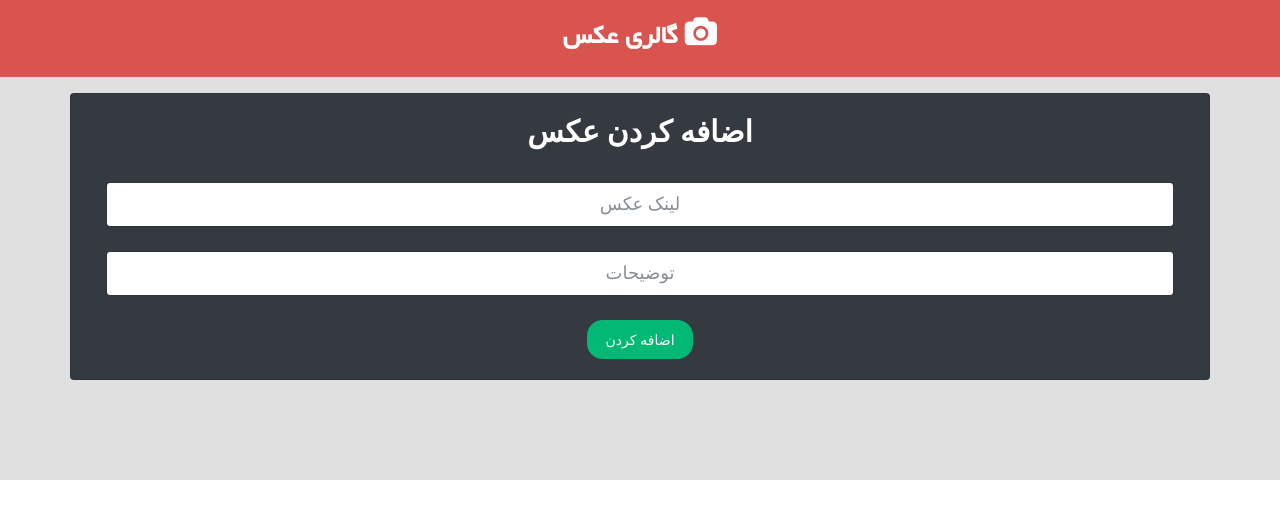
Repository: sadegh1379/PhotoWall-app
Page: /addphoto
These files come from the project's save history. The page is drawn as it stood at one moment and after a run of saves; the edit follows.
The browser window is 1280 px wide. The pictures show the whole page.
The project was rebuilt for these pictures with package versions that can differ from the ones it lists, and the page was loaded fresh each time. Also part of the build but not shown: src/Component/Photo.js, src/Component/PhotoWall.js.

Above is the page before, as saved 2020-02-22 13:26:00.

### public/index.html
<!DOCTYPE html>
<html lang="en">
  <head>
    <meta charset="utf-8" />
    <link rel="icon" href="%PUBLIC_URL%/favicon.ico" />
    <meta name="viewport" content="width=device-width, initial-scale=1" />
    <meta name="theme-color" content="#000000" />
    <link rel="stylesheet" href="https://stackpath.bootstrapcdn.com/font-awesome/4.7.0/css/font-awesome.min.css">
    <meta
      name="description"
      content="Web site created using create-react-app"
    />
    <link rel="apple-touch-icon" href="%PUBLIC_URL%/logo192.png" />
    <!--
      manifest.json provides metadata used when your web app is installed on a
      user's mobile device or desktop. See https://developers.google.com/web/fundamentals/web-app-manifest/
    -->
    <link rel="manifest" href="%PUBLIC_URL%/manifest.json" />
    <!--
      Notice the use of %PUBLIC_URL% in the tags above.
      It will be replaced with the URL of the `public` folder during the build.
      Only files inside the `public` folder can be referenced from the HTML.

      Unlike "/favicon.ico" or "favicon.ico", "%PUBLIC_URL%/favicon.ico" will
      work correctly both with client-side routing and a non-root public URL.
      Learn how to configure a non-root public URL by running `npm run build`.
    -->
    <title>React App</title>
  </head>
  <body>
    <noscript>You need to enable JavaScript to run this app.</noscript>
    <div id="root"></div>
    <!--
      This HTML file is a template.
      If you open it directly in the browser, you will see an empty page.

      You can add webfonts, meta tags, or analytics to this file.
      The build step will place the bundled scripts into the <body> tag.

      To begin the development, run `npm start` or `yarn start`.
      To create a production bundle, use `npm run build` or `yarn build`.
    -->
  </body>
</html>

### src/App.js
import React , { Component } from 'react';
import { BrowserRouter as Router , Route, Switch } from 'react-router-dom';
import Title from './Component/Title';
import PhotoWall from './Component/PhotoWall';
import './bootswatch.css';
import AddPhoto from './Component/AddPhoto';
import './App.css';

class App extends Component {

  constructor(){

      super()

      this.state = {
        posts : [
          {
            id : "0" ,
            description : "صادق اکبری" ,
            imageLink : "https://dkt6rvnu67rqj.cloudfront.net/cdn/ff/tpWy09V5tfN_Il2UBj8nPU4FZvPDpNBQSecbyXiqbuM/1574345660/public/styles/322x405/public/media/int_files/1008357.jpg?itok=c5qoLzeh"
          },
          {
           id : "1" ,
           description : "علی میرزایی" ,
           imageLink : "https://dkt6rvnu67rqj.cloudfront.net/cdn/ff/tpWy09V5tfN_Il2UBj8nPU4FZvPDpNBQSecbyXiqbuM/1574345660/public/styles/322x405/public/media/int_files/1008357.jpg?itok=c5qoLzeh"
         }
         ,{
           id : "5" ,
           description :" سارا ممبینی" ,
           imageLink :"https://thetyee.ca/Culture/2017/10/31/FawnLawn.jpg"

         },
         {
          id : "6" ,
          description : "صادق اکبری" ,
          imageLink : "https://dkt6rvnu67rqj.cloudfront.net/cdn/ff/tpWy09V5tfN_Il2UBj8nPU4FZvPDpNBQSecbyXiqbuM/1574345660/public/styles/322x405/public/media/int_files/1008357.jpg?itok=c5qoLzeh"
        },
        {
         id : "7" ,
         description : "علی میرزایی" ,
         imageLink : "https://www.iata.org/contentassets/d7c512eb9a704ba2a8056e3186a31921/cargo_live_animals_parrot.jpg?w=330&h=200&mode=crop&scale=both&v=20191213012337"
       }
       ,{
         id : "8" ,
         description :" سارا ممبینی" ,
         imageLink :"https://images.unsplash.com/photo-1497752531616-c3afd9760a11?ixlib=rb-1.2.1&w=1000&q=80"

       }
        ]

    }
  }

// Remove post
 onRemovePost = (removedPost) =>{

      this.setState((state)=>({
          posts : state.posts.filter(post => post !== removedPost)
      }))

  }

  render(){
      return (
        <div className="body">
              <Router>
                  <Title title="گالری عکس"/>
                  <Switch>

                      <Route exact path="/" render={()=>(
                              <div>
                                  <PhotoWall onRemovePost={this.onRemovePost} posts={this.state.posts}/>
                              </div>
                      )}/>

                        <Route exact path="/addphoto" component={AddPhoto}/>
                </Switch>
            </Router>
        </div>
      );
}
}

export default App;

### src/Component/Title.js
import React from 'react';
import PropTypes from 'prop-types';


function Title(props) {
    return (
            <p className=" bg-danger text-white py-3 p-title text-center">{props.title} <span className="fa fa-camera"></span></p>
    )
}

Title.propTypes = {
    title : PropTypes.string.isRequired
}

export default Title;

### src/Component/AddPhoto.js
import React, { Component } from 'react'

export class AddPhoto extends Component {
    render() {
        return (
            <div className="card card-body bg-dark container">
                <h3 className="text-white text-center">اضافه کردن عکس</h3>
                <form className="container add-form">
                    <input type="text" placeholder="لینک عکس" className="form-control my-4 text-center"/>
                    <input type="text" placeholder="توضیحات" className="form-control text-center" />
                      <div className="d-flex justify-content-center mt-4">
                            <button type="submit" className="btn btn-success ">اضافه کردن</button>
                      </div>

                </form>
            </div>
        )
    }
}

export default AddPhoto;

### src/App.css
.p-title{
    font-size: 30px;
    color:white ;
    font-weight: bolder;
    font-family: 'Byekan';
}

.body{
    font-family: 'Brekan';
    background-color: #E0E0E0;
    padding-bottom: 100px;
}

 .photo-grid{
    /* max-width: 1000px; */
    margin: 0 auto;
    display: flex;
    flex-wrap: wrap;
    justify-content: center;
}

@font-face{
    font-family: 'Byekan';
    src:url('./Component/fonst/Yekan.ttf');
}

.photo-card{
  margin: 10px 10px;
  box-shadow: 5px 5px 5px 5px #888888;
}

.add-icon{
    text-align: center;
    margin: 20px auto;
    color:white  !important;
    background-color: rgb(62, 112, 75);
    padding: 20px;
    border-radius: 70px;

}

.add-form input{

    font-size: 18px;
    color:black;
}

Loaded but not shown: src/index.js (common file); src/index.css (common file); src/bootswatch.css (library)

After the next 3 saves:
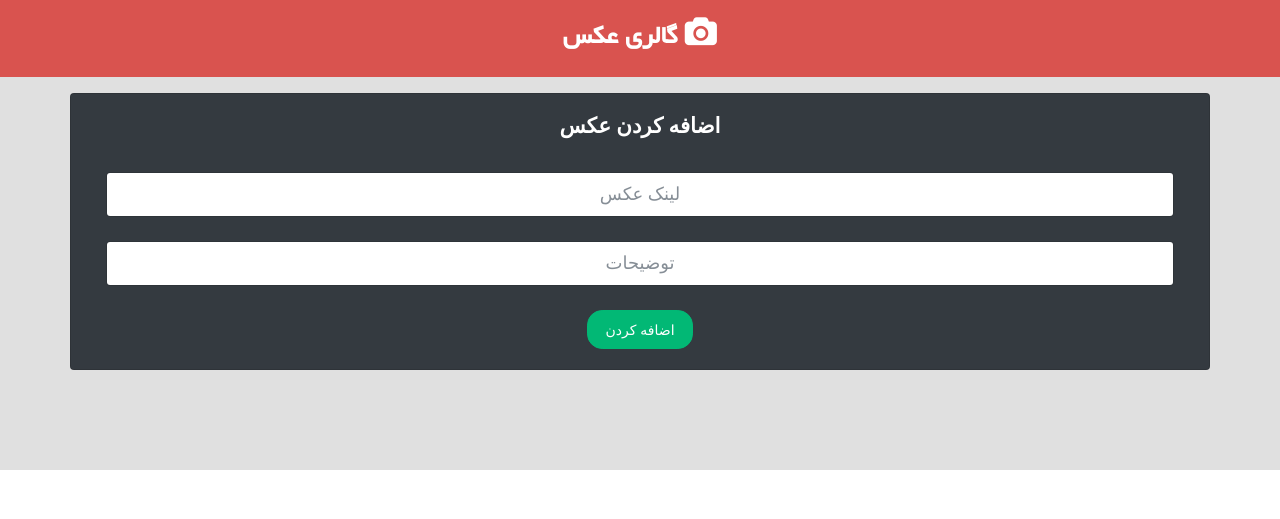
The 3 saves are shown as one change because 1 did not build or start and some came seconds apart.
The last was saved 13 s later.
--- a/src/Component/AddPhoto.js
+++ b/src/Component/AddPhoto.js
@@ -4,7 +4,7 @@ export class AddPhoto extends Component {
     render() {
         return (
             <div className="card card-body bg-dark container">
-                <h3 className="text-white text-center">اضافه کردن عکس</h3>
+                <h5 className="text-white text-center">اضافه کردن عکس</h5>
                 <form className="container add-form">
                     <input type="text" placeholder="لینک عکس" className="form-control my-4 text-center"/>
                     <input type="text" placeholder="توضیحات" className="form-control text-center" />
